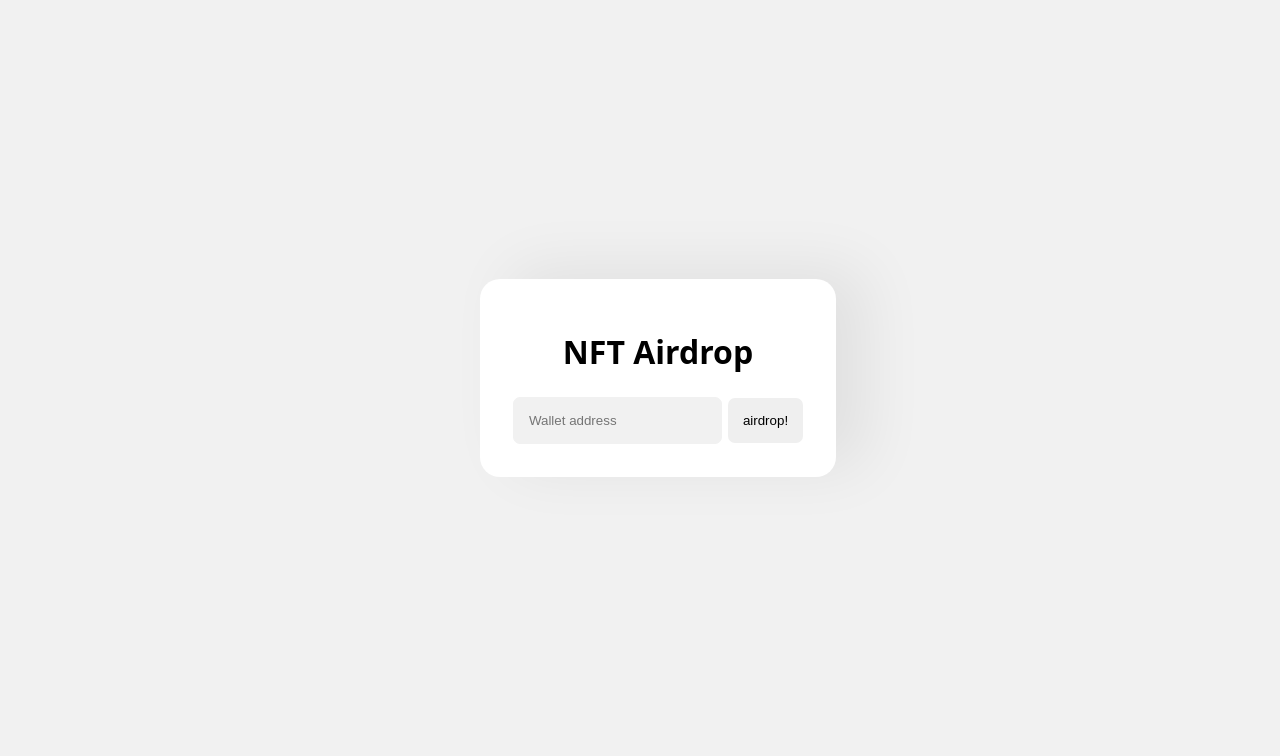
Repository: langf00rd/nft-airdropper
Page: /
The author's editor kept a copy of each file at every save. The page is drawn from the files as they stood at one save, then again after the next save.
The browser window is 1280 px wide. The pictures show the whole page.
The project was rebuilt for these pictures with package versions that can differ from the ones it lists, and the page was loaded fresh each time.

Above is the page before, as saved 2022-07-15 17:23:06.

### src/index.css
body {
  font-family: system-ui, -apple-system, BlinkMacSystemFont, 'Segoe UI', Roboto, Oxygen, Ubuntu, Cantarell, 'Open Sans', 'Helvetica Neue', sans-serif;
  background: #f1f1f1;
}

* {
  overflow: hidden;
}

main {
  width: 100vw;
  height: 100vh;
  display: flex;
  align-items: center;
  justify-content: center;
  flex-direction: column;
  padding: 10px;
}

.content {
  background: #fff;
  max-width: 900px;
  padding: 30px;
  box-shadow: 30px -10px 63px #00000012;
  border-radius: 20px;
}

input,
button {
  padding: 15px;
  margin: 3px;
  border: none;
  outline: none;
  border-radius: 7px;
}

input {
  border: 1px solid #f1f1f1;
  background: #f1f1f1;
}

button {
  cursor: pointer;
}

### src/App.js
import './App.css';

function App() {
  return (
    <div className="App">
      <main>
        <div className='content'>
          <h1>NFT Airdrop</h1>
          <div>
            <input placeholder='Wallet address' />
            <button>airdrop!</button>
          </div>
        </div>
      </main>
    </div >
  );
}

export default App;

Loaded but not shown: public/index.html (common file); src/index.js (common file); src/reportWebVitals.js (common file); src/App.css (common file)

After the next save:
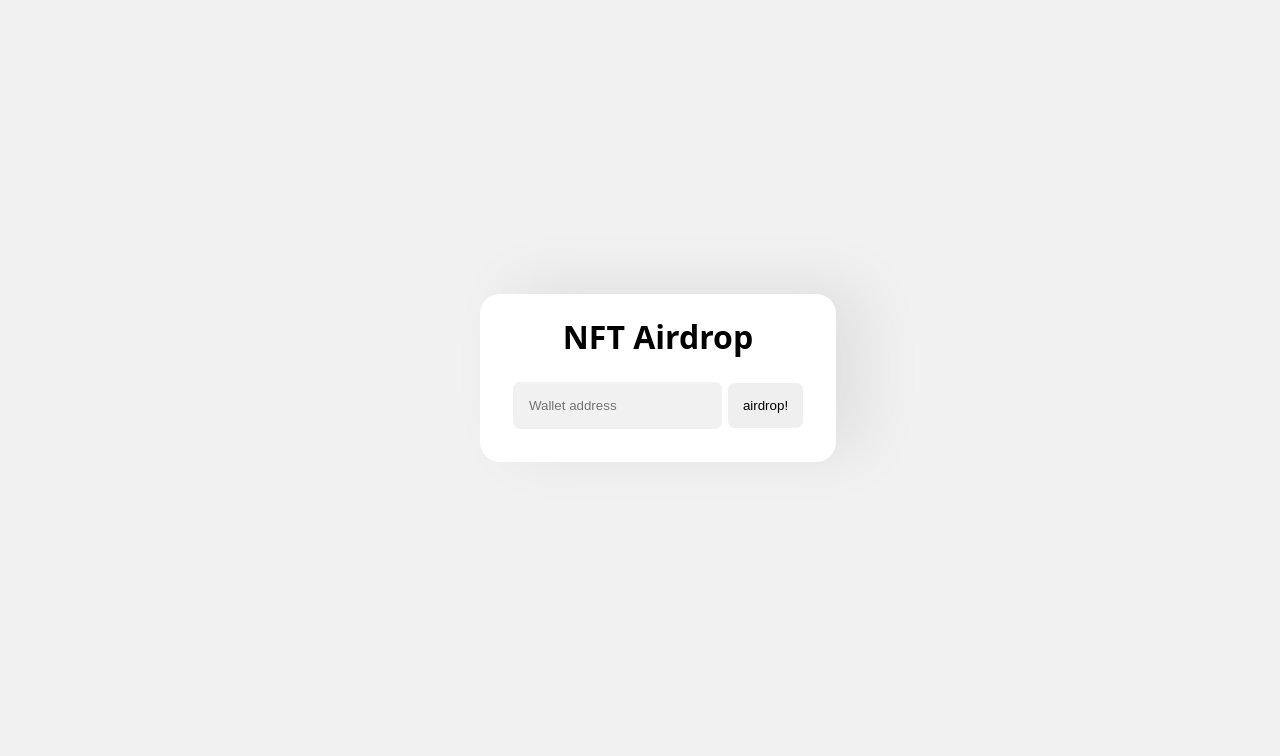
Saved 13 s later.
--- a/src/index.css
+++ b/src/index.css
@@ -22,6 +22,7 @@ main {
   max-width: 900px;
   padding: 30px;
   box-shadow: 30px -10px 63px #00000012;
+  padding-top: 0;
   border-radius: 20px;
 }
 
